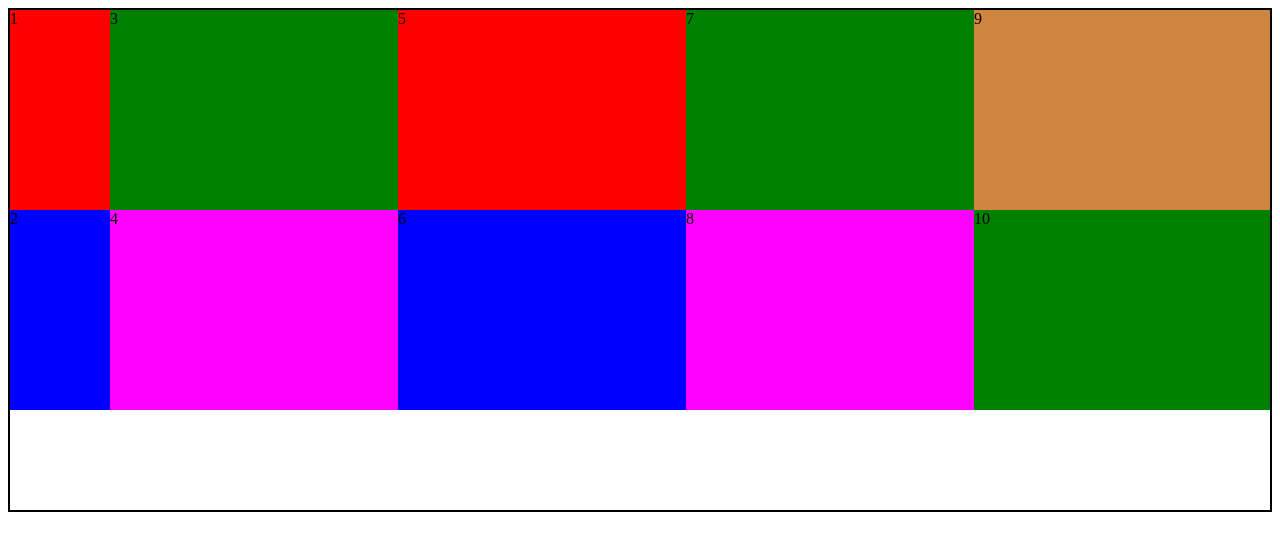
Repository: DinkarRavi/Dinkar_Coding
Page: 22aug24/grid.html
An editor plug-in stored every save of this project. The page is shown before and after the next save, followed by the edit.
The browser window is 1280 px wide. The pictures show the whole page.

Above is the page before, as saved 2024-08-22 15:09:18.

After the next save:
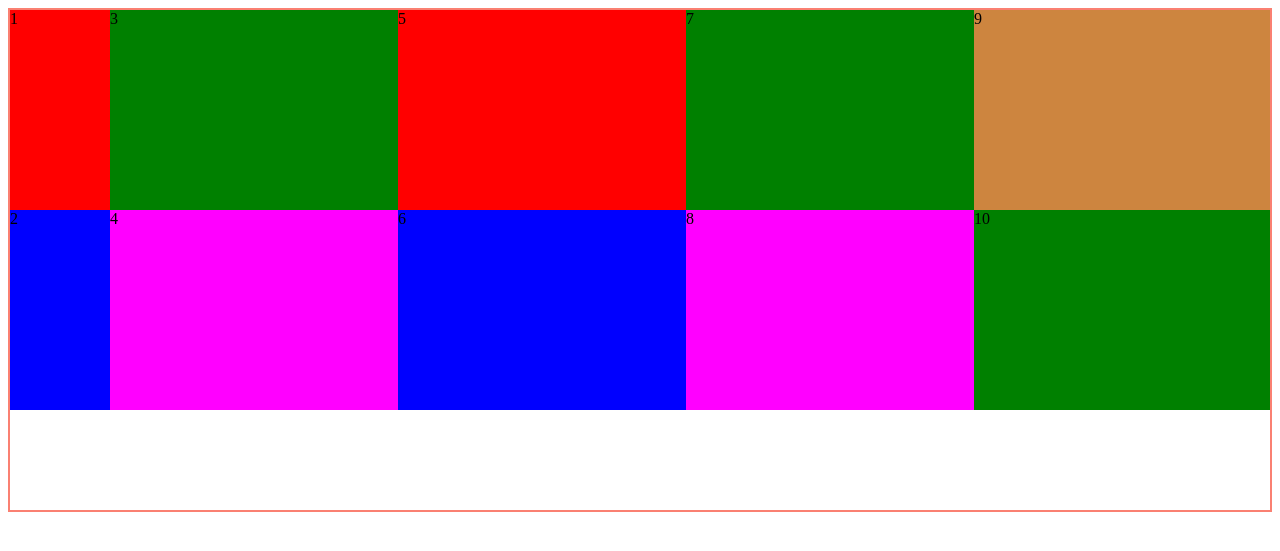
Saved 7 s later.
--- a/22aug24/grid.css
+++ b/22aug24/grid.css
@@ -1,7 +1,7 @@
 
 
 #parent{
-border: 2px solid ;
+border: 2px solid salmon;
 
 height: 500px;
 display: grid;
